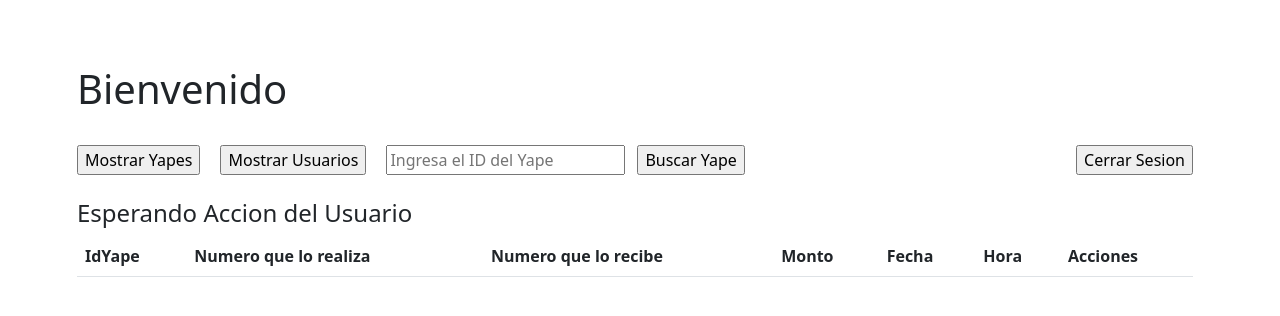
Repository: Gimblet/LP1_Proyecto_Yape
Page: http://localhost/Yape/adminDashboard.jsp
An editor plug-in stored every save of this project. The page is shown before and after the next save, followed by the edit.
The browser window is 1280 px wide. The pictures show the whole page.
The page is served by Tomcat 9. Other server files are loaded and not shown. The template is opened directly, without the code that normally fills it, so the values that code supplies are empty.

Above is the page before, as saved 2024-04-20 23:38:21.

### Yape/src/main/webapp/adminDashboard.jsp
<%@ page import="java.util.List"%>
<%@ page import="data.Yapes"%>
<%@ page import="data.Logins"%>
<%@ page language="java" contentType="text/html; charset=ISO-8859-1" pageEncoding="ISO-8859-1" %>
<%
	List<Yapes> yapeList = (List<Yapes>) request.getAttribute("ListaYapes");
%>
        <!DOCTYPE html>
        <html>

        <head>
            <meta charset="ISO-8859-1">
            <title>Admin Dashboard</title>
            <link href="https://cdn.jsdelivr.net/npm/bootstrap@5.1.3/dist/css/bootstrap.min.css" rel="stylesheet">
            <style>
                .container {
                    margin: 65px;
                }

                .buscarContainer{
                	display: flex;
                	gap: 12px;
                }

                form {
                    display: flex;
                    gap: 20px;
                }

                #buscar{
                	margin-left: auto;
                }

                input:hover {
                    cursor: pointer;
                }
            </style>
        </head>

        <body>
            <div class="container">
                <h1>Bienvenido</h1>
                <br>
                <div>
                    <form action="Servlet" method="post">
                        <input type="submit" value="Mostrar Yapes" name="type">
						<input type="submit" value="Mostrar Usuarios" name="type">
                        <div class="buscarContainer">
                        	<input type="text" name="txtBuscar"
                        	<%
                        		String IDStatus = "Ingresa el ID del Yape";
                        		if(request.getAttribute("IDInvalido") != null) {
                        			IDStatus = (String) request.getAttribute("IDInvalido");
                        		}
                        	%>
                        	placeholder="<%= IDStatus %>">
                        	<input type="submit" value="Buscar Yape" name="type">
                        </div>
                        <input id="buscar" type="submit" value="Cerrar Sesion" name="type">
                    </form>
                    <br>
                </div>
                <h4>Esperando Accion del Usuario</h4>
                <table class="table">
                    <thead>
                        <tr>
                            <th>IdYape</th>
                            <th>Numero que lo realiza</th>
                            <th>Numero que lo recibe</th>
                            <th>Monto</th>
                            <th>Fecha</th>
                            <th>Hora</th>
                            <th>Acciones</th>
                        </tr>
                    </thead>
                    <tbody>
                   			<%
								if(yapeList != null){
									for(Yapes item : yapeList){
							%>
						<tr>
							<td id="idYapeLista"><%= item.getIdYape() %></td>
							<td><%= item.getNumeroRealizante() %></td>
							<td><%= item.getNumeroRecibiente() %></td>
							<td><%= item.getMonto() %></td>
							<td><%= item.getFecha() %></td>
							<td><%= item.getHora() %></td>
							<td><a href="Servlet?type=Buscar Yape&id=<%=item.getIdYape()%>">Mas info</a></td>
						</tr>
						<%
									}
								}
							%>
                    </tbody>
                </table>
            </div>
        </body>

        </html>

After the next save:
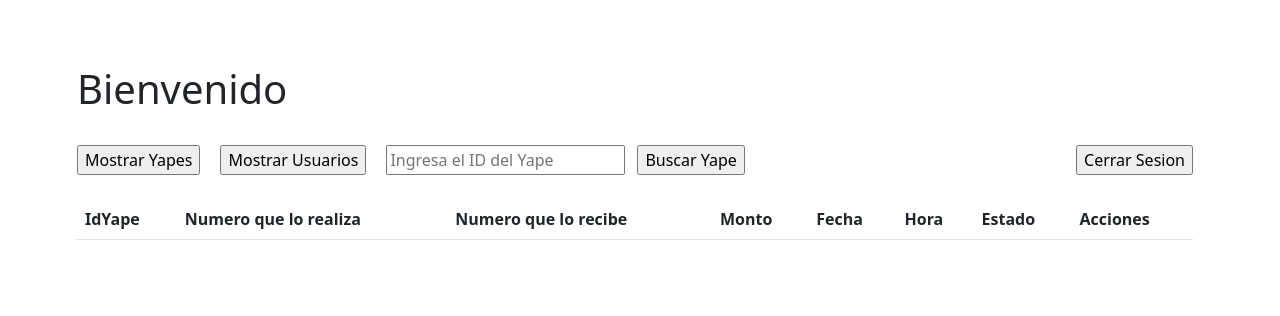
Saved 117 s later.
--- a/Yape/src/main/webapp/adminDashboard.jsp
+++ b/Yape/src/main/webapp/adminDashboard.jsp
@@ -60,7 +60,6 @@
                     </form>
                     <br>
                 </div>
-                <h4>Esperando Accion del Usuario</h4>
                 <table class="table">
                     <thead>
                         <tr>
@@ -70,6 +69,7 @@
                             <th>Monto</th>
                             <th>Fecha</th>
                             <th>Hora</th>
+                            <th>Estado</th>
                             <th>Acciones</th>
                         </tr>
                     </thead>
